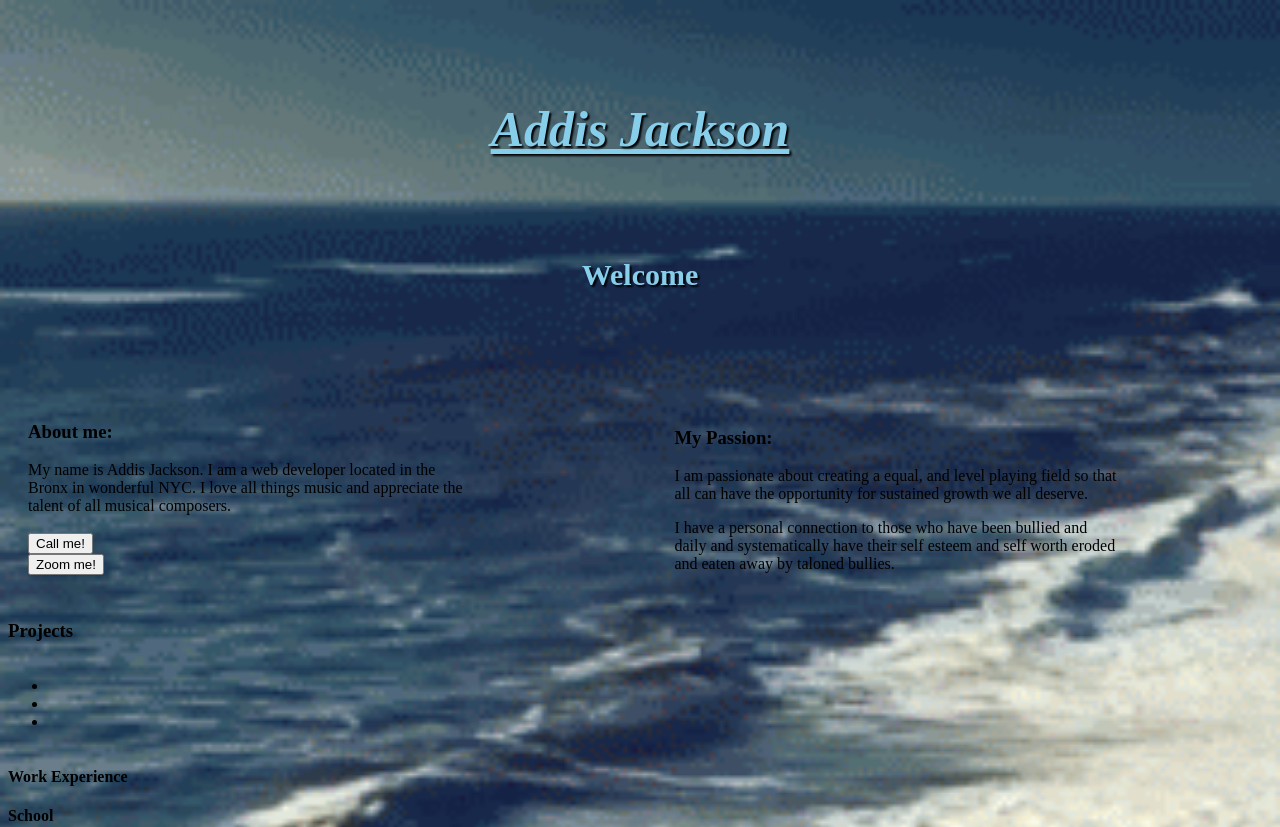
Repository: 10-2-pursuit/lab-design-assets
Page: index.html
An editor plug-in stored every save of this project. The page is shown before and after the next save, followed by the edit.
The browser window is 1280 px wide. The pictures show the part of the page from y = 0 to 827 px (the page is 1775 px tall before and 1852 px after).
A picture or video elsewhere on the page could not be fetched, so the positions and the page height are approximate.

Above is the page before, as saved 2023-07-16 05:07:01.

### index.html
<!DOCTYPE html>
<html lang="en">
  <head>
    <meta charset="UTF-8" />
    <meta http-equiv="X-UA-Compatible" content="IE=edge" />
    <meta name="viewport" content="width=device-width, initial-scale=1.0" />
    <link rel="stylesheet" href="style.css" />
    <title>MY PORTFOLIO</title>
  </head>
  <body>
    <header>
      <h1>Addis Jackson</h1>
    </header>
    <main>
      <section>
        <h2>Welcome</h2>
        <article for="about" class="about">
          <h3>About me:</h3>
          <p>
            My name is Addis Jackson.
            I am a web developer located in the Bronx in wonderful NYC.
            I love all things music and appreciate the talent of all musical composers.
            <br>
            <br>
            <button for="callMe">Call me!</button>
            <br>
            <button for="zoomMe" href=""https://us06web.zoom.us/j/7717484238">Zoom me!</button>
          </p>
        </article>
        <article for="passion" class="passion">
          <h3>My Passion:</h3>
          <p>I am passionate about creating a equal, and level playing field so that all can have the opportunity for sustained growth we all deserve.</p>
          <p>I have a personal connection to those who have been bullied and daily and systematically have their self esteem and self worth eroded and eaten away by taloned bullies.</p>

        </article>
      </section>
      <section>
        <h3>Projects</h3>
        <article>
          <ul>
            <!-- TO DO LINK TO THE THREE LABS OR PROJECTS YOU ARE MOST PROUD OF SO FAR -->
            <li><a href=""></a></li>
            <li><a href=""></a></li>
            <li><a href=""></a></li>
          </ul>
        </article>
      </section>
    </main>
    <aside>
      <h4>Work Experience</h4>
      <!-- add whatever details you want here -->
      <h4>School</h4>
      <!-- add whatever details you want here -->
    </aside>
    <footer>
      <ul>
        <li>
          <!-- TO DO UPDATE LINKS TO GO TO YOUR PROFILES/EMAIL -->
          <a href="https://www.linkedin.com/addisjackson"
            ><img src="./assets/LinkedIn-Logos/LI-Logo.png" alt=""
          /></a>
        </li>
        <li>
          <a href="https://github.com/addisjackson"
            ><img src="./assets/github-mark/github-mark.png" alt=""
          /></a>
        </li>
        <li>
          <a href="mailto:addisjackson@pursuit.org"
            ><img src="./assets/email-g8e9fd44a3_640.png" alt="Email me"
          /></a>
        </li>
      </ul>
    </footer>
  </body>
</html>

### style.css
body {
    background-image: url("./assets/waves-beach.gif");
    background-repeat: no-repeat;
    background-size: cover;
}

h1 {
    font-size: 50px;
    color: skyblue;
    text-align: center;
    margin-top: 100px;
    margin-bottom: 100px;
    text-shadow: 2px 2px 2px black;
    font-weight: bold;
    font-family: Calibri Light, Calibri,;
    font-style: italic;
    text-decoration: underline;
}

h2 {
    font-size: 30px;
    color: skyblue;
    text-align: center;
    margin-top: 100px;
    margin-bottom: 100px;
    text-shadow: 2px 2px 2px black;
    font-weight: bold;
    font-family: fantasy;
}

article {
    display: inline-block;
}

.about {
    text-align: left;
    margin-top: 10px;
    margin-bottom: 10px;
    margin-left: 20px;
    margin-right: 200px;
    width: 35%
}

.about p {
    word-wrap: width ;
}
.passion p {
    word-wrap: width ;
}

.passion {

    text-align: left;
    margin-top: 10px;
    margin-bottom: 10px;
    margin-right: 20px;
    width: 35%
}

After the next save:
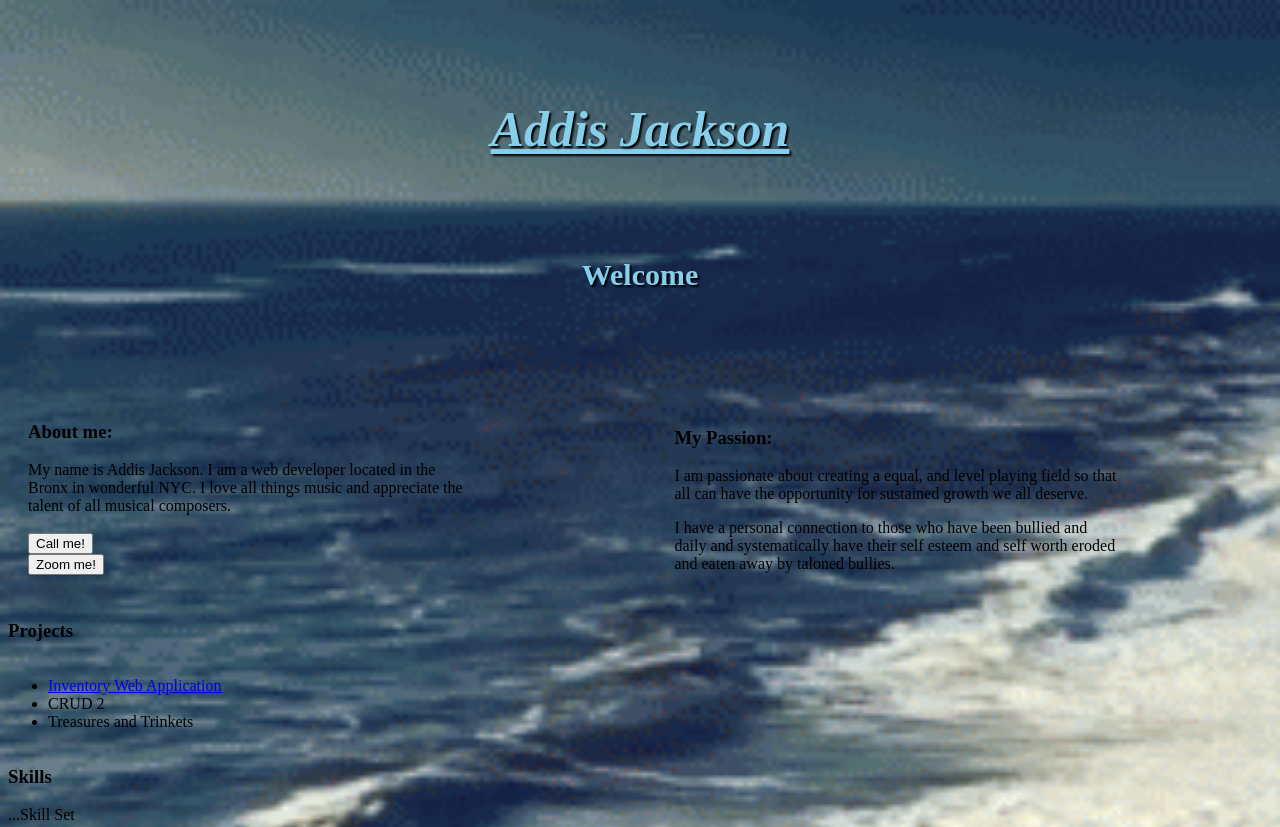
Saved 20 min 28 s later.
--- a/index.html
+++ b/index.html
@@ -39,10 +39,14 @@
         <article>
           <ul>
             <!-- TO DO LINK TO THE THREE LABS OR PROJECTS YOU ARE MOST PROUD OF SO FAR -->
-            <li><a href=""></a></li>
-            <li><a href=""></a></li>
-            <li><a href=""></a></li>
+            <li><a href="https://github.com/addisjackson/inventory-web-application">Inventory Web Application</a></li>
+            <li><a href="https://github.com/addisjackson/crud2"></a>CRUD 2</li>
+            <li><a href="https://github.com/addisjackson/Treasures-and-Trinkets-Project-AddisJackson"></a>Treasures and Trinkets</li>
           </ul>
+        </article>
+        <h3>Skills</h3>
+        <article>
+        ...<a img src="./assets/Pasted Graphic 1.png">Skill Set</a>
         </article>
       </section>
     </main>
